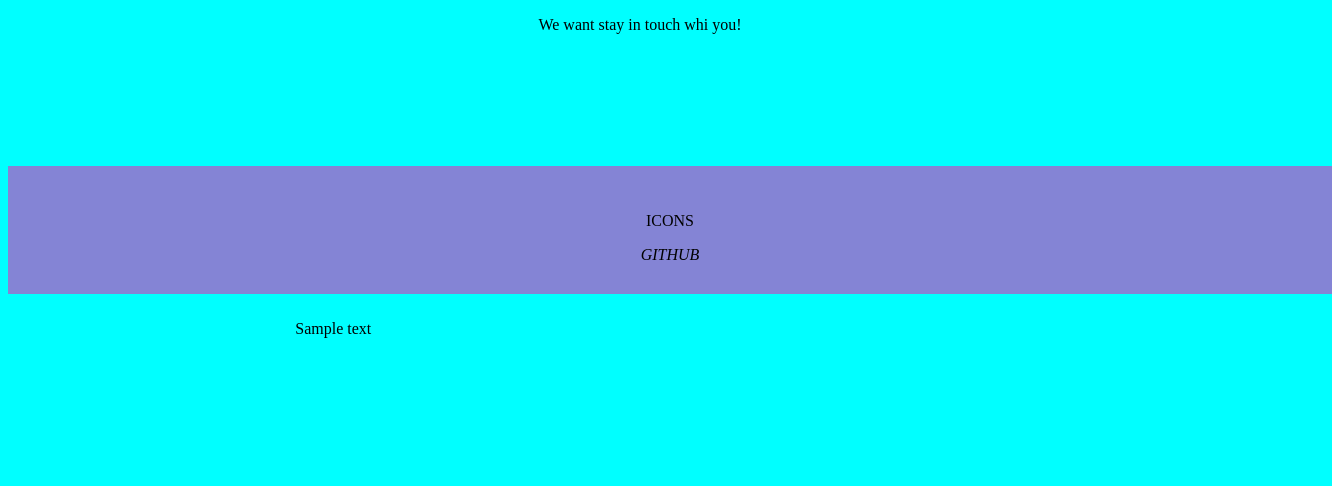
Repository: JhonMercedes/profile
Page: index.html
The author's editor kept a copy of each file at every save. The page is drawn from the files as they stood at one save, then again after the next save.
The browser window is 1280 px wide. The page is 1332 px wide, so the pictures cover 1332 px, including what lies to the right of the window. The pictures show the whole page.

Above is the page before, as saved 2021-12-08 02:11:42.

After the next save:
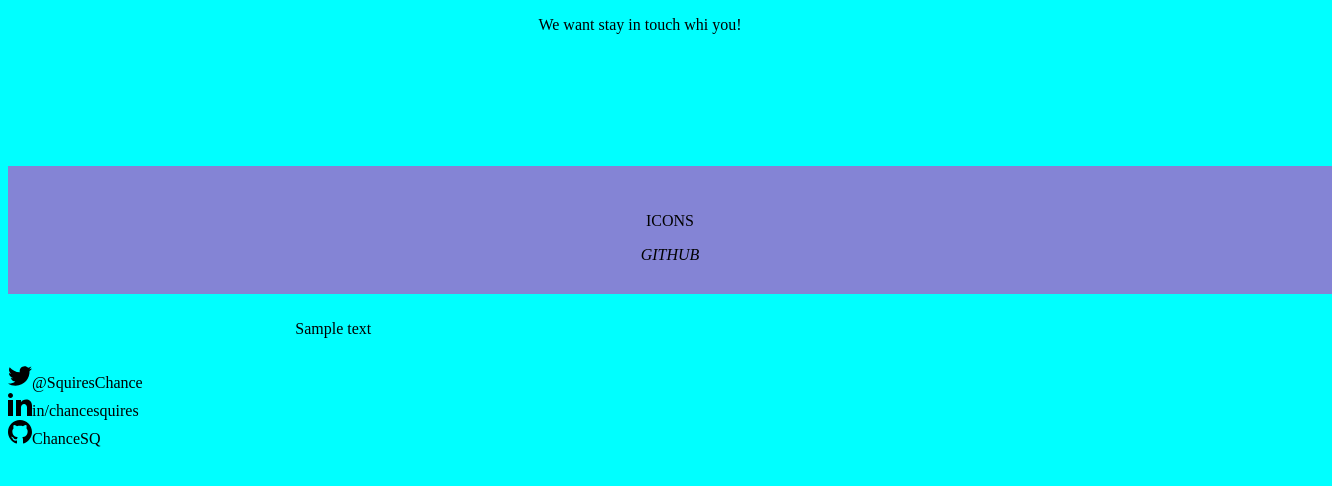
Saved 21 min 8 s later.
--- a/index.html
+++ b/index.html
@@ -4,7 +4,7 @@
     <meta charset="UTF-8">
     <meta http-equiv="X-UA-Compatible" content="IE=edge">
     <meta name="viewport" content="width=device-width, initial-scale=1.0">
-
+    <link href="https://fonts.googleapis.com/css2?family=Titillium+Web:ital,wght@1,600&display=swap" rel="stylesheet">
     <link rel="stylesheet" href="style.css">
     <title>J.A</title>
 </head>
@@ -19,7 +19,19 @@
     </div>
     <div id="container3">
         <p>Sample text</p>
-    </div>
+    </div><div class='social-links'>
+		<div class='social-btn flex-center' id="twitter">
+			<svg xmlns="http://www.w3.org/2000/svg" width="24" height="24" viewBox="0 0 24 24"><path d="M24 4.557c-.883.392-1.832.656-2.828.775 1.017-.609 1.798-1.574 2.165-2.724-.951.564-2.005.974-3.127 1.195-.897-.957-2.178-1.555-3.594-1.555-3.179 0-5.515 2.966-4.797 6.045-4.091-.205-7.719-2.165-10.148-5.144-1.29 2.213-.669 5.108 1.523 6.574-.806-.026-1.566-.247-2.229-.616-.054 2.281 1.581 4.415 3.949 4.89-.693.188-1.452.232-2.224.084.626 1.956 2.444 3.379 4.6 3.419-2.07 1.623-4.678 2.348-7.29 2.04 2.179 1.397 4.768 2.212 7.548 2.212 9.142 0 14.307-7.721 13.995-14.646.962-.695 1.797-1.562 2.457-2.549z"/></svg><span>@SquiresChance</span>
+		</div>
+
+		<div class='social-btn flex-center' id="linkedin">
+			<svg xmlns="http://www.w3.org/2000/svg" width="24" height="24" viewBox="0 0 24 24"><path d="M4.98 3.5c0 1.381-1.11 2.5-2.48 2.5s-2.48-1.119-2.48-2.5c0-1.38 1.11-2.5 2.48-2.5s2.48 1.12 2.48 2.5zm.02 4.5h-5v16h5v-16zm7.982 0h-4.968v16h4.969v-8.399c0-4.67 6.029-5.052 6.029 0v8.399h4.988v-10.131c0-7.88-8.922-7.593-11.018-3.714v-2.155z"/></svg><span>in/chancesquires</span>
+		</div>
+
+		<div class='social-btn flex-center' id="github">
+			<svg xmlns="http://www.w3.org/2000/svg" width="24" height="24" viewBox="0 0 24 24"><path d="M12 0c-6.626 0-12 5.373-12 12 0 5.302 3.438 9.8 8.207 11.387.599.111.793-.261.793-.577v-2.234c-3.338.726-4.033-1.416-4.033-1.416-.546-1.387-1.333-1.756-1.333-1.756-1.089-.745.083-.729.083-.729 1.205.084 1.839 1.237 1.839 1.237 1.07 1.834 2.807 1.304 3.492.997.107-.775.418-1.305.762-1.604-2.665-.305-5.467-1.334-5.467-5.931 0-1.311.469-2.381 1.236-3.221-.124-.303-.535-1.524.117-3.176 0 0 1.008-.322 3.301 1.23.957-.266 1.983-.399 3.003-.404 1.02.005 2.047.138 3.006.404 2.291-1.552 3.297-1.23 3.297-1.23.653 1.653.242 2.874.118 3.176.77.84 1.235 1.911 1.235 3.221 0 4.609-2.807 5.624-5.479 5.921.43.372.823 1.102.823 2.222v3.293c0 .319.192.694.801.576 4.765-1.589 8.199-6.086 8.199-11.386 0-6.627-5.373-12-12-12z"/></svg><span>ChanceSQ</span>
+	</div>
+</div>
 
 </body>
 </html>
